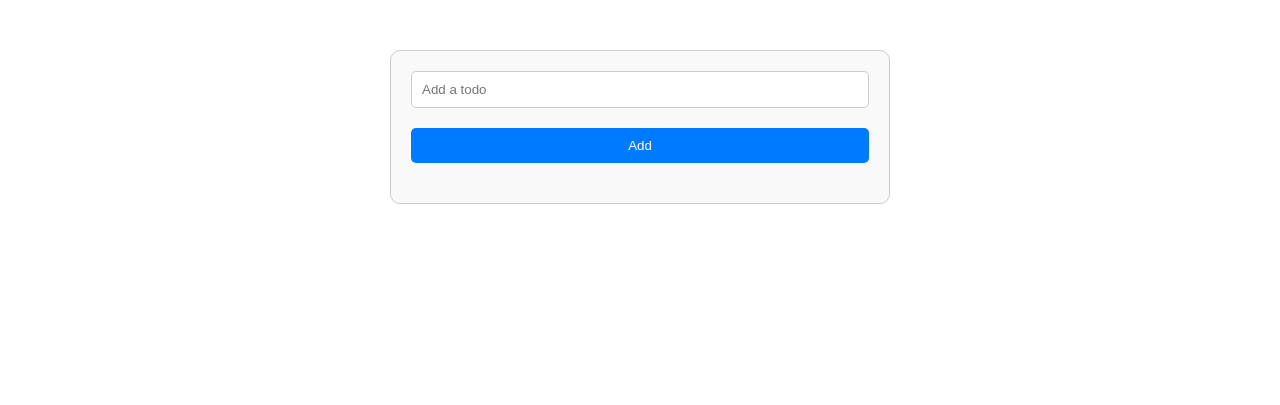
Repository: Fariadd/Vanilla-JS
Page: movieAPI/index.html
These files come from the project's save history. The page is drawn as it stood at one moment and after the next save; the edit follows.
The browser window is 1280 px wide. The pictures show the whole page.

Above is the page before, as saved 2024-10-02 22:07:59.

After the next save:
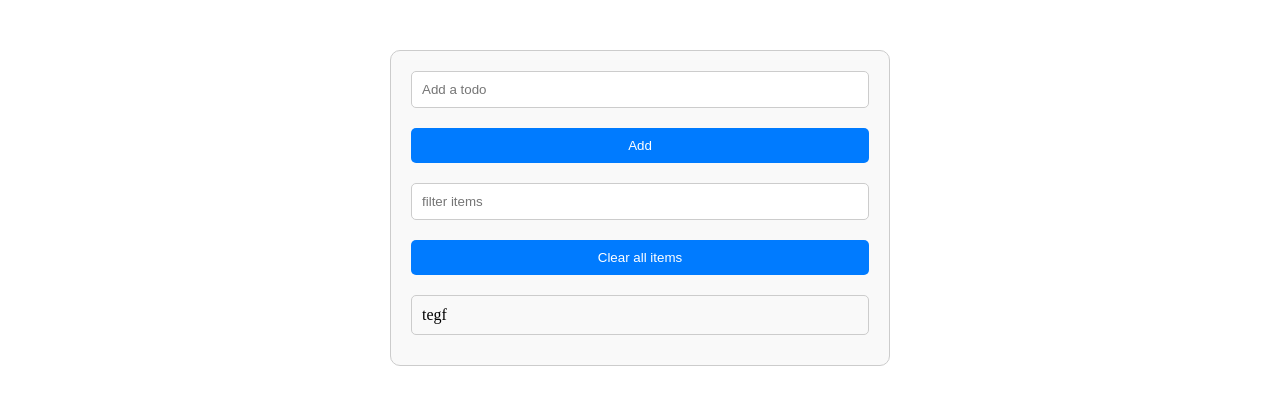
Saved 11 s later.
--- a/movieAPI/index.html
+++ b/movieAPI/index.html
@@ -20,7 +20,9 @@
         <button id="button" class="btn">Clear all items</button>
       </form>
 
-      <ul class="card-list"></ul>
+      <ul class="card-list">
+        <li>tegf</li>
+      </ul>
     </div>
     <script src="script.js"></script>
   </body>
